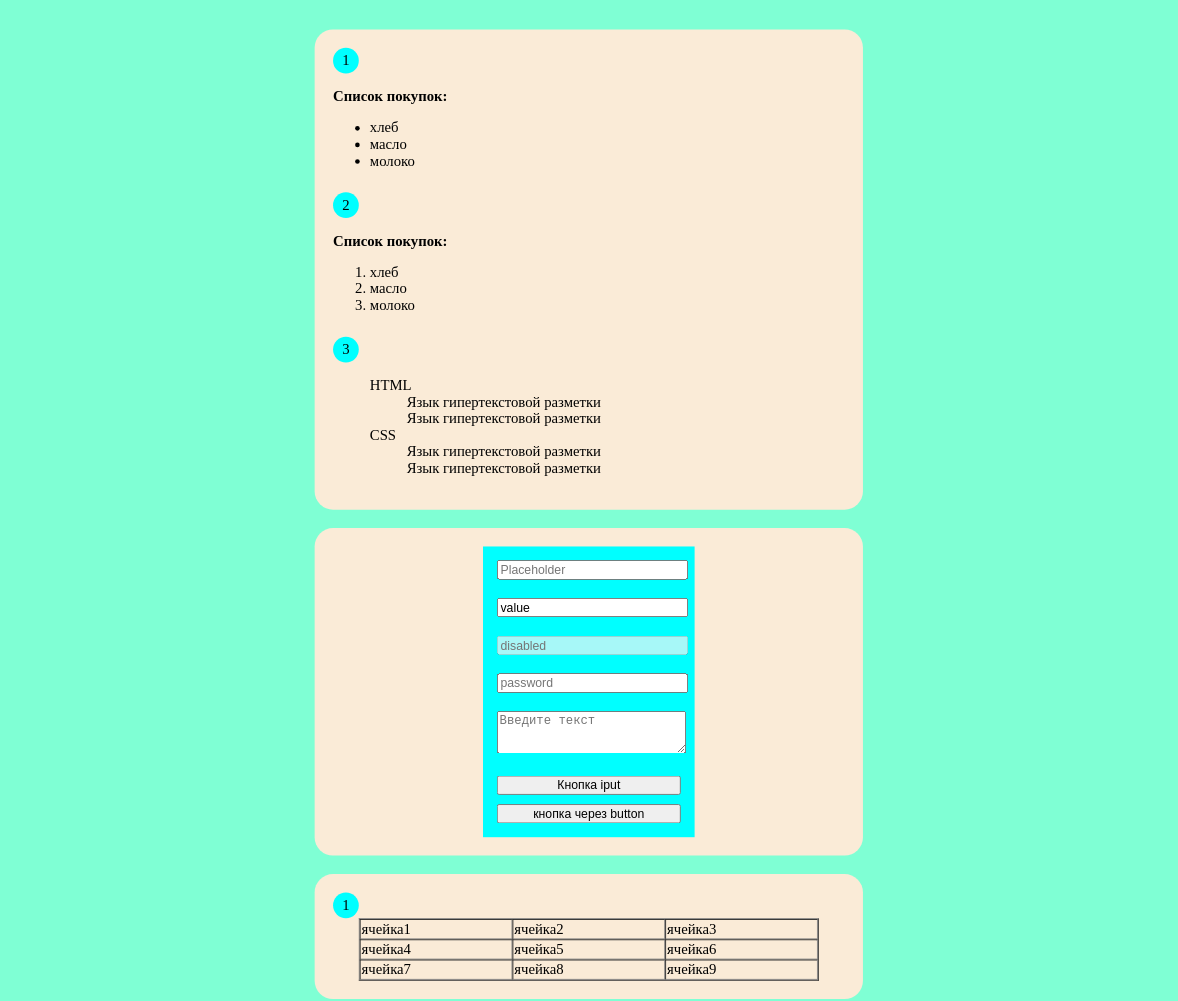
Repository: Savich01/-
Page: html/index.html
An editor plug-in stored every save of this project. The page is shown before and after the next save, followed by the edit.
The browser window is 1280 px wide. The pictures show the whole page, at 92% of full size.

Above is the page before, as saved 2024-05-31 16:14:16.

### html/index.html
<!DOCTYPE html>
<html lang="en">
<head>
    <meta charset="UTF-8">
    <meta name="viewport" content="width=device-width, initial-scale=1.0">
    <title>Document</title>
    <link rel="stylesheet" href="/css/style.css">
</head>
<body>

    <header class="header">

    </header>
    <main class="main">
        <div class="container">
            <section class="section-1">
                <div class="block">1</div>
                <p class="text">
                    <b>Список покупок:</b>
                </p>
                <ul class="list">
                    <li>хлеб</li>
                    <li>масло</li>
                    <li>молоко</li>
                </ul>

                <div class="block">2</div>
                <p class="text">
                    <b>Список покупок:</b>
                </p>
                <ol class="list">
                    <li>хлеб</li>
                    <li>масло</li>
                    <li>молоко</li>
                </ol>

                <div class="block">3</div>
                <ul class="main-list--item">
                    <li>HTML
                        <ul>
                            <li class="main-link">Язык гипертекстовой разметки</li>
                            <li class="main-link">Язык гипертекстовой разметки</li>
                        </ul>
                    </li>
                    <li>CSS
                        <ul>
                            <li class="main-link">Язык гипертекстовой разметки</li>
                            <li class="main-link">Язык гипертекстовой разметки</li>
                        </ul>
                    </li>
                </ul>
            </section>

            <section class="section-2">
                <form action="#" class="form">
                    <input class="input" type="text" placeholder="Placeholder">
                    <input class="input" type="text" value="value">
                    <input class="input" type="text" disabled="disabled" placeholder="disabled">
                    <input class="input" type="password" placeholder="password">
                    <textarea class="textarea" placeholder="Введите текст"></textarea>
                    <input class="input-btn" type="button" value="Кнопка iput">
                    <button class="button">кнопка через button</button>
                </form>
            </section>

            <section class="section-3">
                <div class="block">1</div>
                <table class="table" width=500  border="1" cellpedding="0" cellspacing="0">
                    <tr class="table-line">
                        <td>ячейка1</td>
                        <td>ячейка2</td>
                        <td>ячейка3</td>
                    </tr>
                    <tr>
                        <td>ячейка4</td>
                        <td>ячейка5</td>
                        <td>ячейка6</td>
                    </tr>
                    <tr>
                        <td>ячейка7</td>
                        <td>ячейка8</td>
                        <td>ячейка9</td>
                    </tr>
                </table>
            </section>
        </div>
    </main>
    <footer class="footer">

    </footer>

</body>
</html>

### css/style.css
body{
    max-width: 600px;
    height: 100%;
    margin: 0 auto;
    background-color: aquamarine;
    padding: 0px 10px;
}

.container{
    padding: 2px;
    margin-top: 30px;
}
/* ==========SECTION-1========================== */
.section-1{
    padding: 20px;
    background-color: antiquewhite;
    border-radius: 20px;
    margin-bottom: 20px;
}

.block{
    background-color:aqua;
    display: inline-block;
    padding: 5px 10px;
    border-radius: 100%;
}

.list{
    margin-bottom: 25px;
}
.main-list--item{
    list-style: none;
    /* text-decoration: none; */
}

.main-link{
    list-style: none;
}

/* ==========SECTION-2========================== */

.section-2{
    background-color: antiquewhite;
    border-radius: 20px;
    padding: 20px;
    margin-bottom: 20px;
}

.form{
    margin: 0 auto;
    max-width: 200px;
    padding: 15px;
    background-color: aqua;
}
.input{
    margin: 0 auto;
    width: 100%;
    margin-bottom: 20px;
}
.textarea{
    width: 100%;
    height: 40px;
    margin-bottom: 20px;
}

.input-btn{
    display: block;
    width: 100%;
    margin-bottom: 10px;
    cursor: pointer;
}
.button{
    display: block;
    width: 100%;
    cursor: pointer;
}

/* ==========SECTION-3========================== */

.section-3{
    background-color: antiquewhite;
    border-radius: 20px;
    padding: 20px;
}

.table{
    margin: 0 auto;
    /* height: 200px; */
}

After the next save:
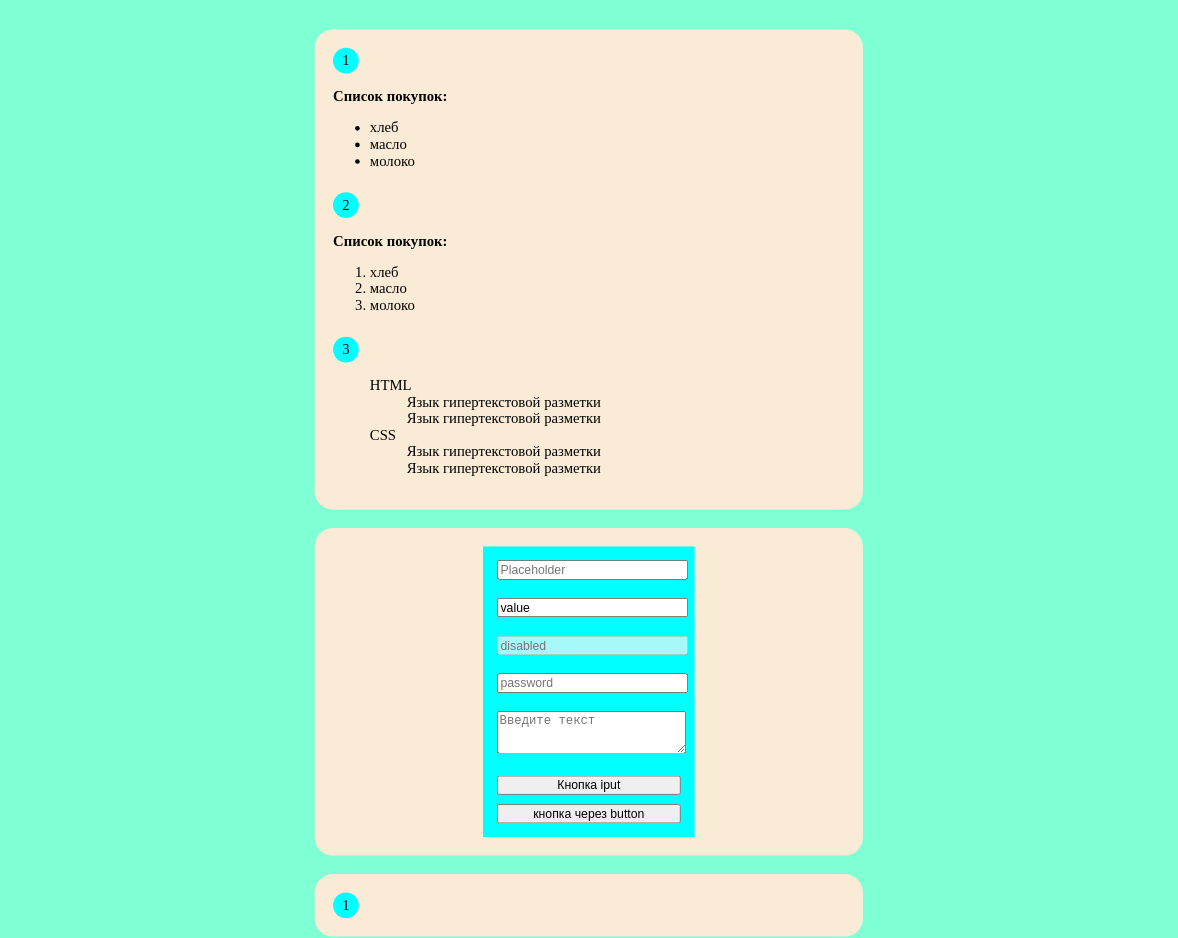
Saved 7 s later.
--- a/html/index.html
+++ b/html/index.html
@@ -65,7 +65,7 @@
 
             <section class="section-3">
                 <div class="block">1</div>
-                <table class="table" width=500  border="1" cellpedding="0" cellspacing="0">
+                <table class="table" width=500 hidden=200 border="1" cellpedding="0" cellspacing="0">
                     <tr class="table-line">
                         <td>ячейка1</td>
                         <td>ячейка2</td>
